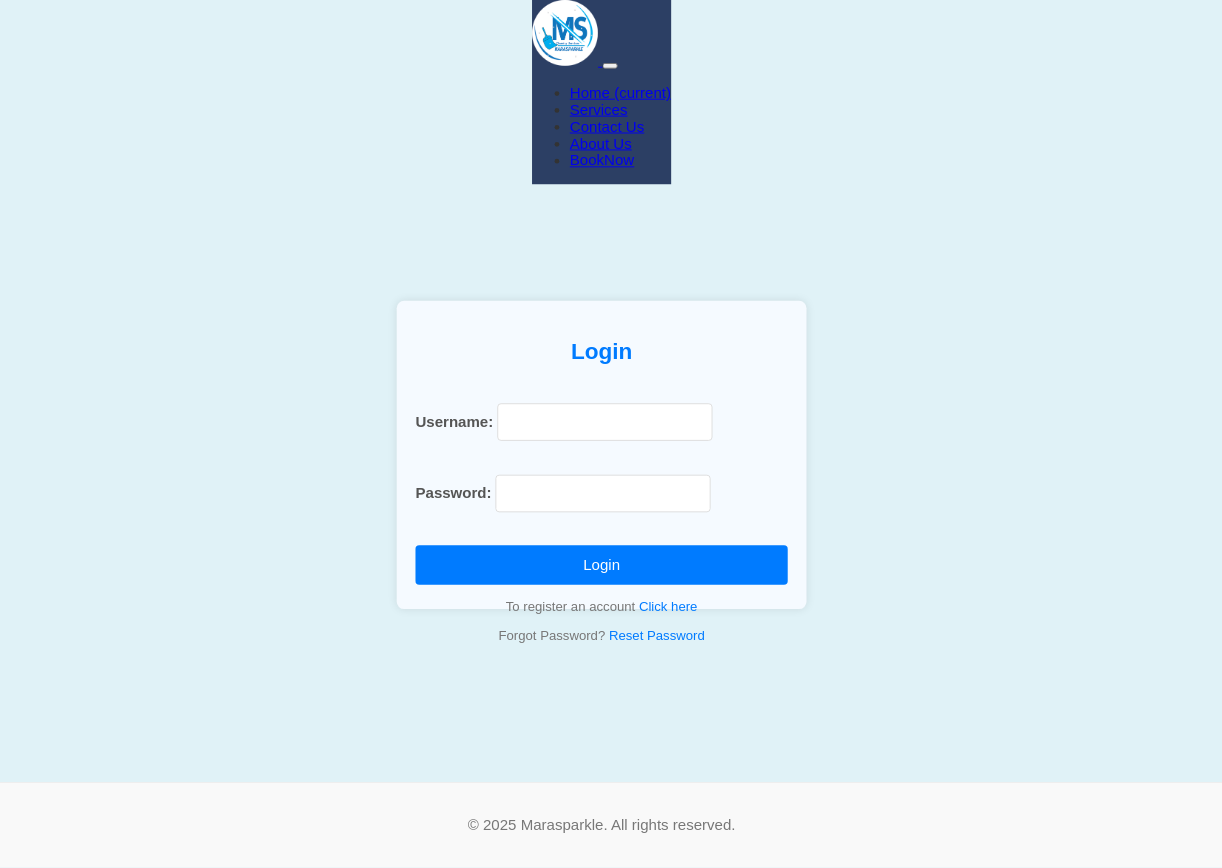
Repository: guineveretim/sparkle
Page: http://localhost/login/
These files come from the project's save history. The page is drawn as it stood at one moment and after the next save; the edit follows.
The browser window is 1280 px wide. The page is 1300 px wide, then 1280 px, so the pictures cover 1300 px, including what lies to the right of the window. The pictures show the whole page, at 94% of full size.
The page is served by the project's application, run on Django 5.2 (manage.py).

Above is the page before, as saved 2025-03-26 14:51:27.

After the next save:
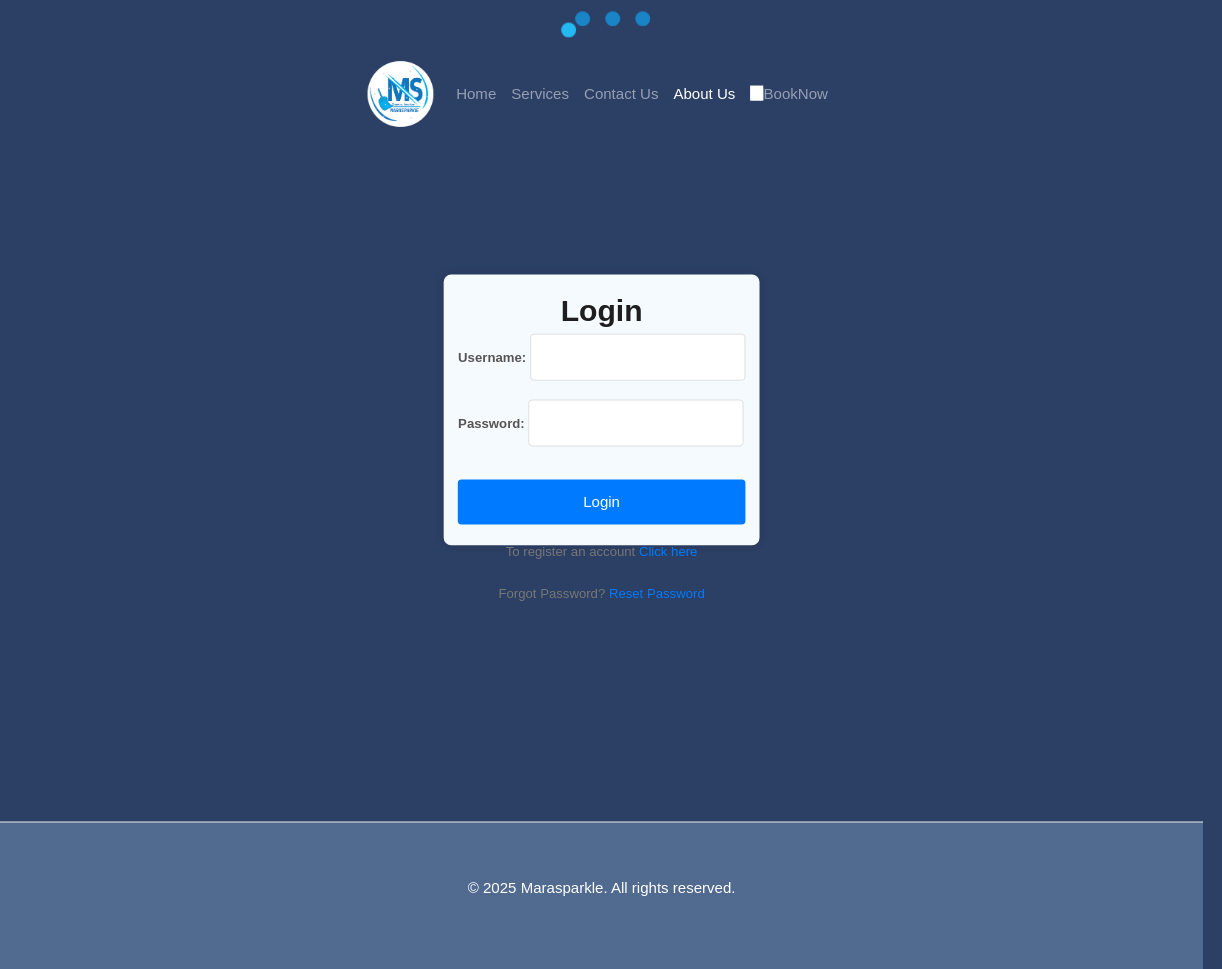
Saved 22 s later.
--- a/templates/authentication/login.html
+++ b/templates/authentication/login.html
@@ -5,6 +5,20 @@
     <meta charset="UTF-8">
     <title>Login</title>
     <link rel="stylesheet" href="{% static 'css/authentication/login.css'%}">
+
+
+     <!-- Font Awesome CDN -->
+     <link rel="stylesheet" href="https://cdnjs.cloudflare.com/ajax/libs/font-awesome/6.0.0-beta3/css/all.min.css">
+
+     <!--Google fomts-->
+     <link href="https://fonts.googleapis.com/css2?family=Roboto:wght@400&display=swap" rel="stylesheet">
+
+     <!-- Bootstrap core CSS -->
+     <link rel="stylesheet" href="https://cdn.jsdelivr.net/npm/bootstrap@4.1.3/dist/css/bootstrap.min.css" integrity="sha384-MCw98/SFnGE8fJT3GXwEOngsV7Zt27NXFoaoApmYm81iuXoPkFOJwJ8ERdknLPMO" crossorigin="anonymous">
+
+
+
+     <link rel="stylesheet" href="{% static 'assets/css/templatemo-villa-agency.css' %}">
 </head>
 <body>
 
